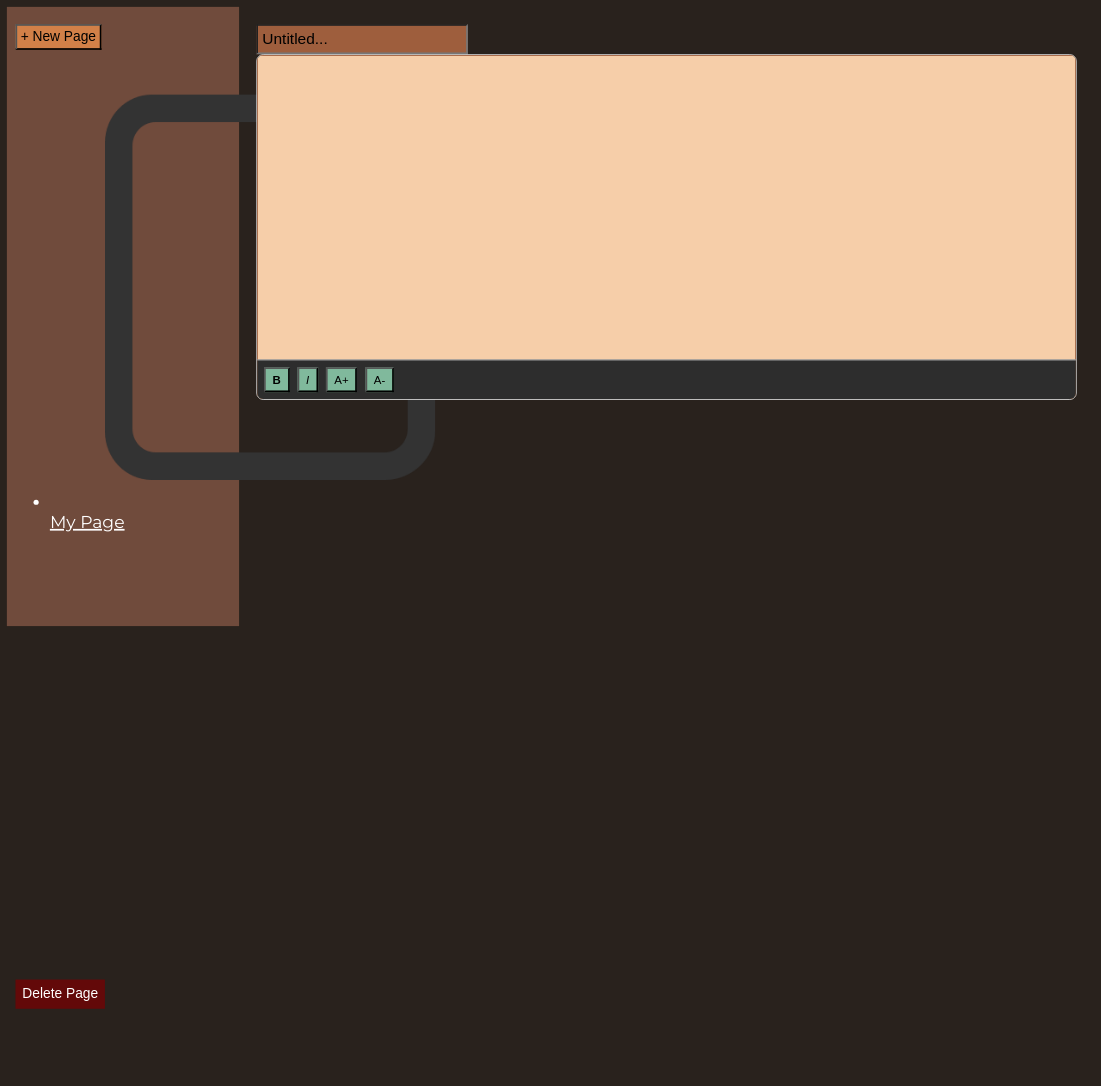
Repository: Dharshinimk-521/notes-app
Page: index.html
These files come from the project's save history. The page is drawn as it stood at one moment and after the next save; the edit follows.
The browser window is 1280 px wide. The pictures show the whole page, at 86% of full size.

Above is the page before, as saved 2026-04-18 23:10:55.

After the next save:
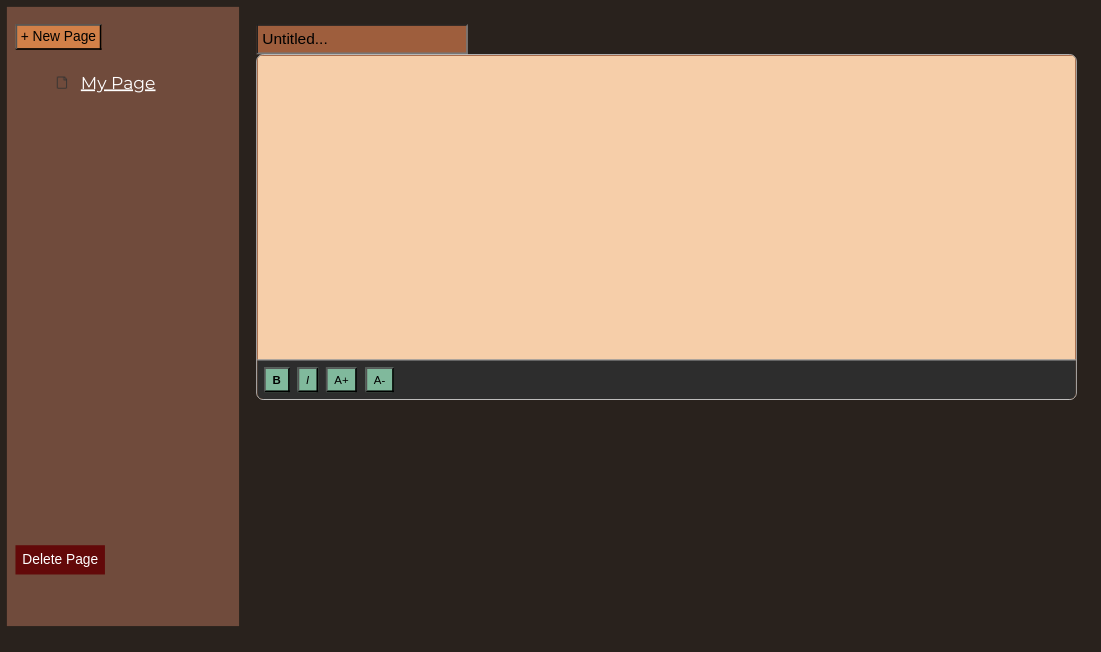
Saved 52 s later.
--- a/style.css
+++ b/style.css
@@ -94,3 +94,17 @@ body{
   cursor: pointer;
   background-color: #80b99c;
 }
+.page-icon {
+  width: 16px;
+  height: 16px;
+  margin-right: 8px;
+  vertical-align: middle;
+}
+
+#pageList li {
+  display: flex;
+  align-items: center;
+  gap: 6px;
+  padding: 6px;
+  cursor: pointer;
+}
